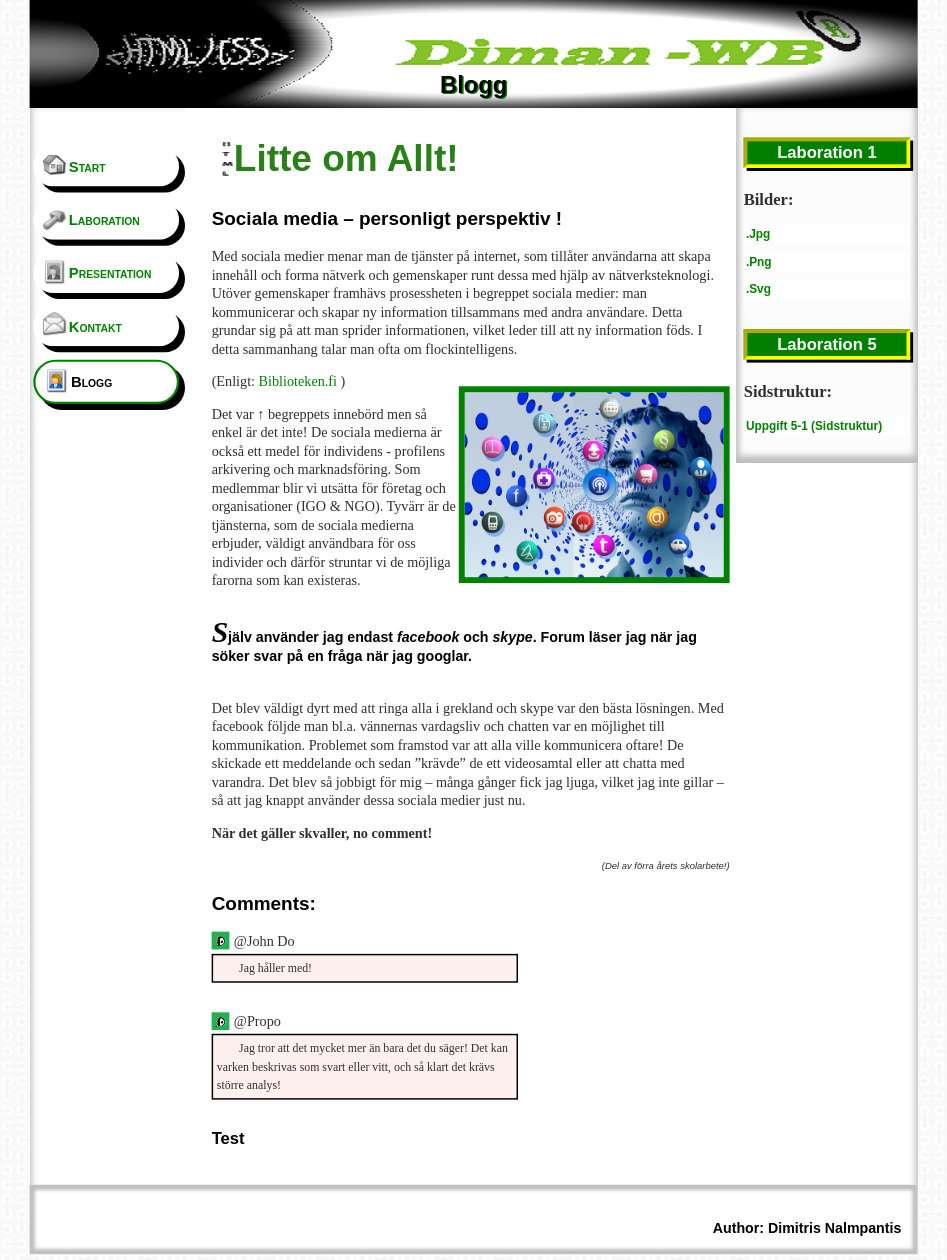
Repository: dn222em/1ik415-laborationer
Page: pages/blogg.html
The author's editor kept a record of every edit. The page is drawn from the files as they stood at one moment, then again after the next edit.
The browser window is 1280 px wide. The pictures show the whole page, at 74% of full size.
Backgrounds fixed to the window are drawn as part of the page.

Above is the page before.

### pages/blogg.html
<!doctype html>
<html lang="sv">
	<head >
			<script>
				document.createElement("header");
				document.createElement("hgroup");
				document.createElement("footer");
				document.createElement("article");
				document.createElement("main");
				document.createElement("section");
				document.createElement("nav");
				document.createElement("aside");
				document.createElement("address");
			</script>
		<meta charset="utf-8" />

			<title>KursBlogg</title>

				<link rel="stylesheet" href="../../CSS/stylenew.css"/>
				<link rel="stylesheet"media="only screen and (min-width:481px)"  href="../../CSS/style.css" />
				<link rel="stylesheet" media="only screen and (max-width:480px)" href="../../CSS/spnew.css" />
				<link rel="apple-touch-icon" sizes="144x144" href="../CSS/pics/apple-touch-icon-144x144.png" />
				<link rel="shortcut icon" href="../CSS/pics/favicon.png" type="image/png" />
					<meta name="viewport" content="width=device-width, initial-scale=1.0" />
	</head>
		<body>
	<div id="container">
		<header>

			<h1 id="title">Blogg</h1>
	</header>
	<nav>

			<ul id="menu_pictures" class="nav">
				<li><a id ="home" href="../index.html" class="active">Start</a></li>
				<li><a id ="labor" href="laborationer.html" class="active">Laboration</a></li>
				<li><a id ="present" href="Presentation.html"class="active">Presentation</a></li>
				<li><a id ="cont" href="Kontakt.html" class="active">Kontakt</a></li>
				<li><a id ="present"href="blogg.html" class="active5">Blogg</a></li>
			</ul>

	</nav>
	<main>
		<article>
			<section>
				<h2 class="minilogo">Litte om Allt!</h2>
		<h3 >Sociala media – personligt perspektiv !</h2>
			<p> Med sociala medier menar man de tjänster på internet, som tillåter användarna
			att skapa innehåll och forma nätverk och gemenskaper runt dessa med hjälp av
			nätverksteknologi. Utöver gemenskaper framhävs prosessheten i begreppet sociala
			medier: man kommunicerar och skapar ny information tillsammans med andra
			användare. Detta grundar sig på att man sprider informationen, vilket leder till
			att ny information föds. I detta sammanhang talar man
			ofta om flockintelligens.</p>

			        <p class="sociall"><!--<img src="CSS/pics/social-networks.jpg"
			        alt="sociala-medier">--></p>


			<p>(Enligt: <a href="http://www.biblioteken.fi/sv-FI/informationssokning/sociala-
			medier/" target="blank">Biblioteken.fi</a></a> )</p>

			<p>Det var ↑ begreppets innebörd men så enkel är det inte! De sociala medierna är
			också ett medel för individens - profilens arkivering och marknadsföring. Som medlemmar
			blir vi utsätta för företag och organisationer (IGO & NGO). Tyvärr är de tjänsterna,
			som de sociala medierna erbjuder, väldigt användbara
			för oss individer och därför struntar vi de möjliga farorna som kan existeras. </p>
			</section>
			<section>
		<h6><strong><code id="special"><em>S</em></code>jälv använder jag endast <em>facebook</em> och  <em>skype</em>.
			Forum läser jag när jag söker svar på en fråga när jag googlar.</strong></h6>

			<p>Det blev väldigt dyrt med att ringa alla i grekland och skype
			var den bästa lösningen. Med facebook följde man bl.a. vännernas vardagsliv
			och chatten var en möjlighet till kommunikation. Problemet som framstod
			var att alla ville kommunicera oftare! De skickade ett meddelande och
			sedan ”krävde” de ett videosamtal eller att chatta med varandra. Det
			blev så jobbigt för mig – många gånger fick jag ljuga, vilket jag inte gillar –
			så att jag knappt använder dessa sociala medier just nu. </p>

			<p><strong>När det gäller skvaller, no comment!</strong></p>

			<p id="ps"><em>(Del av förra årets skolarbete!)</em></p>

			<h3>Comments:</h3>
			<div class ="kommentar">
				<section>
					<p class="namn">@John Do</p>
					<p class="kom">Jag håller med!</p>
				</section>
				<section>
				<p class="namn">@Propo</p>
					<p class="kom">Jag tror att det mycket mer än bara det du säger! Det kan varken beskrivas som svart eller vitt, och så klart det krävs större analys!</p>
				</section>
				</div>
			<!--/section>
			<<div class="kommentar">
				<secton>
		<h4>Kommentar</h4>
			<fieldset>
					<textarea  placeholder="Din Kommentar här"
					name="kommentar" cols="50" rows="8"></textarea>
					</fieldset>
					<input class="zozo" type="submit" name="submit" id="submit" value="Skicka" />
				</section>
				<secton>
						<textarea placeholder="Din Kommentar här"
						name="kommentar" cols="50" rows="8"></textarea>
						<input class="zozo" type="submit" name="submit" id="submit" value="Skicka" />
				</section>
			</div> <!---->
		</article>
		<section>
			<h4>Test</h4>
		</section>
	</main>

	<aside>
		<section id="aside-one">
			<h4>Laboration 1</h4>
				<p>Bilder:</p>
					<ul>
						<li><a href="Presentation.html#bild">.jpg</a></li>
						<li><a href="../index.html#logo">.png</a></li>
						<li><a href="../index.html#svg1">.svg</a></li>
					</ul>
		</section>
		<section id="aside-two">
			<h4>Laboration 5</h4>
				<p>Sidstruktur:</p>
					<ul>
						<li><a href="blogg.html">Uppgift 5-1 (Sidstruktur)</a></li>
					</ul>
		</section>
	</aside>
	<footer>
	<h6>Author: Dimitris Nalmpantis</h6>
	</footer>

	</div>
		</body>
</html>

### CSS/stylenew.css
/*Reset-styleshhet
-----------------------------------------------------------------------------*/
/* http://meyerweb.com/eric/tools/css/reset/
   v2.0 | 20110126
   License: none (public domain)
*/

/*html, body, div, span, applet, object, iframe,
h1, h2, h3, h4, h5, h6, p, blockquote, pre,
a, abbr, acronym, address, big, cite, code,
del, dfn, em, img, ins, kbd, q, s, samp,
small, strike, strong, sub, sup, tt, var,
b, u, i, center,
dl, dt, dd, ol, ul, li,
fieldset, form, label, legend,
table, caption, tbody, tfoot, thead, tr, th, td,
article, aside, canvas, details, embed,
figure, figcaption, footer, header, hgroup,
menu, nav, output, ruby, section, summary,
time, mark, audio, video {
	margin: 0;
	padding: 0;
	border: 0;
	font-size: 100%;
	font: inherit;
	vertical-align: baseline;
}
/* HTML5 display-role reset for older browsers */
/*article, aside, details, figcaption, figure,
footer, header, hgroup, menu, nav, section {
	display: block;
}
body {
	line-height: 1;
}
ol, ul {
	list-style: none;
}
blockquote, q {
	quotes: none;
}
blockquote:before, blockquote:after,
q:before, q:after {
	content: '';
	content: none;
}
table {
	border-collapse: collapse;
	border-spacing: 0;
}
/*End of Reset - stylesheet
--------------------------------------------------------------------*/
/*CSS -Stylesheet
======================================================================================================
-----------------------------------------------------------------------------------------------------------*/


/*Layout
 Using: Two columns floating layout
Total width: 1200px
-----------------------------------------------------------------------------------------------------------*/
/*Container white (#FFFFF)
*Top -  green { #125F1B } --> Title( #2A8018)
*Navigation green
*Content - #FFFFF
*footer-white { #fff }
*Siderbar #fcfcfc (white.gray)

------------------------------------------------------------------*/

article, aside, details, figcaption, figure, footer, header, hgroup, main, menu,
nav, section{display: block;}

#container {
	max-width: 1200px;
	background-color:white;
	margin:0 auto;
	margin-top:-25px;
	box-shadow:3px 0px 8px  0px #bdbdbd inset;
	box-shadow:0px 0px 10px  3px #bdbdbd inset;


}

/*Top
-------------------------------------------------------------------*/
header {

	height: 150px;
	background-color: #125F1B;
	background: url('../pics/logo.png') no-repeat; background-size: 1200px 150px;
	border-radius:00px;

}

title {
	font-family: "arial", "helvetica", "serif";
	color: black;
	font-size:2em;
	text-shadow: 2px 2px green;
	text-align:center;
	padding-top: 90px;
}

/*Navigation -Menu
-------------------------------------------------------------------*/
nav {

	margin-top: 1px;
	width: 210px;
	float: left;
	background-color:#FFF;
	padding:0px;
	padding-top:50px;
	box-shadow:9px 3px 8px -6px #bdbdbd inset;
}
/*Menu attributes
------------------------------------------------------*/
nav ul{
	float:left;
	font-family: "arial", "helvetica", "serif"; font-variant:small-caps;
	font-size: 20px;
	font-weight:bold;
	margin-top:1px;
	margin-left:0px;
	padding:0px;

}

nav li {

	list-style-type:none;
	height: 72px; line-height: 48px;
	padding-top:0px;
	padding-left:5px;
	padding-right:0px;
	width: 197px;
	text-decoration:none;
}
nav li a {

						/*border: solid 3px black;*/
						/*text-align:center;*/
						/*	border: inset yellow thick;*/
	display:block;
	border-radius:58px;
    box-shadow:8px 8px black;
	background-color:white; color:green;
	background-image: url(pics/sprite.png);
	text-indent: 45px;
	background-repeat:no-repeat;
	padding:3px 3px 3px 3px;
}

nav li a:visited{ color:white; background-color:green;}

nav li a:hover{ background-color:white;color:green; border: solid 3px #DEBF40;}

nav li a:focus { background-color:black;	color:green;}

/*adding sprites on menu
----------------------------------------*/
#home { background-position: 13px -55px; background-size: 32px;} /*kom ihåg -första gäller x-led och andra y-led (uppe + och nere -) mellanrum mellan bilderna spelar roll*/
#home:hover { background-position:13px 9px;}

#labor { background-position: 13px -180px; background-size: 32px;}
#labor:hover { background-position: 13px -116px;}

#present { background-position: 13px -310px; background-size: 32px}
#present:hover { background-position: 13px -246px;}

#cont { background-position: 13px -440px; background-size: 32px;}
#cont:hover { background-position: 13px -376px;}


a.active1   {background-color:white !important;
			color:black !important;
			border: solid 3px green;
			border-radius:58px;
		    box-shadow:8px 8px black;
			background-position:13px 9px!important;
}
a.active2   {background-color:white !important;
			color:black !important;
			border: solid 3px green;
			border-radius:58px;
		    box-shadow:8px 8px black;
			background-position: 13px -116px!important;
}
a.active3   {background-color:white !important;
			color:black !important;
			border: solid 3px green;
			border-radius:58px;
		    box-shadow:8px 8px black;
			background-position: 13px -246px!important;
}
a.active4   {background-color:white !important;
			color:black !important;
			border: solid 3px green;
			border-radius:58px;
		    box-shadow:8px 8px black;
			background-position: 13px -376px!important;
}
a.active5   {background-color:white !important;
			color:black !important;
			border: solid 3px green;
			border-radius:58px;
		    box-shadow:8px 8px black;
			background-position: 13px -246px!important;
}

/*a.active1234{
			background-color:white !important;
			color:black !important;
			border: solid 3px green;
			border-radius:58px;
		    box-shadow:8px 8px black;
}

.active1   {background-position:13px 9px!important;}
.active2   {background-position: 13px -116px!important;}
.active1234 .active3   {background-position: 13px -246px!important;}
.active1234 .active4   {background-position: 13px -376px!important;}*/


/*End menu!
===========================================================================*/


/*Content
-------------------------------------------------------------------*/
main {

	background-color: #FFF;
	max-width: 700px;
	margin-bottom: 20px;
	float: left;
	padding:0px;
	padding-left:36px;

}

/*Sidebar
-------------------------------------------------------------------*/
aside {

	background-color: #fcfcfc;
	font-family: "arial", "helvetica", "sans-serif";
	border: 0px solid #c2c2c2;
	/*border-radius:7%;*/
	box-shadow:0px -6px 8px 4px #bdbdbd inset;
	margin-top: 0px;
	width: 225px;
	float: right;
	padding:10px 10px;

}

#aside-one {
	padding-top:0px;
	padding-bottom:0px;
	background-color:#fcfcfc;
}
#aside-two {
	padding-top:20px;
	padding-bottom:20px;
	text-align:center;
	padding-top:0px;
	padding-bottom:0px;
	background-color:#fcfcfc;
}
aside /*h3,*/h4 {
	background-color: green;
	color:white;
	text-align:center;
	padding-top:3px;
	padding-bottom:3px;
	box-shadow:4px 4px black;
	border: inset yellow thick;

}
aside p {
	font-size: 1.4em;
	font-weight:bold;
	text-align:left;
}
aside ul {

	font-family: "arial", "helvetica", "serif";
	text-transform:capitalize;
	margin-top:1px;
	margin-left:0px;
	padding:0px;
	text-align:left;
}
aside li {
	list-style-type:none;
	text-decoration:none;
	font-size: 1em;
	font-weight:bold;
	height: 32px; line-height: 20px;
	padding-top:0px;
	padding-bottom:5px;
	padding-left:0px;
	padding-right:0px;
	width:225px;

}
aside li a{
	display:block;
	background-color:white; color:green;
	padding:3px 3px 3px 3px;
}

aside li a:visited{background-color:white; color:green; }

aside li a:hover{ background-color:white;color:green; border: solid 3px #DEBF40;}

aside li a:focus { background-color:green;	color:white;}

aside li a:active {background-color:black; color:white; border: solid 3px #DEBF40;}



/*Footer
--------------------------------------------------------------------*/
footer {
	clear:both;
	padding:0px;
	padding-bottom:30px;
	padding-right:20px;
	background-color:#fff;
	color:white;
	text-align:right;
	height:60px;
	border: 2px solid #c2c2c2;
	/*border-radius:7%;*/
	box-shadow:0px 0px 5px 5px #bdbdbd inset;
}

/*End of layout
=====================================================================================*/


/*Typografi
---------------------------------------------------------------------------------------------------------*/
/*Links
-------------------------------*/
a:link {color:green; text-decoration:none;}
a:visited {color:#CB29D5;} /*lila*/
a:hover{color:red;}
a:focus {color:blue;}
a:active{color:#29D17;} /*light-green*/

/*Headers
------------------------------*/
													/*body {font-family :"times", "georgia", "serif", "Lucida Sans Unicode", "Lucida Grande";
														line-height: 25px; color: #312F2F; font-size: 1.1em; width:674px;} ---->onödigt.Problem*/

h1, h2, h3, h4, h5, h6 {font-family: "arial", "tahoma", "helvetica", "san serif", "verdana";
font-weight:bold; color: #2A8018; line-height: 1.8em;  font-size: 1.8em;} /*tema-green*/

h2 {line-height: 28px;  font-size: 28px;}
h3 {line-height: 26px;  color:  black; font-size: 1.6em;}
h4 {line-height: 25px;  color:  black; font-size: 1.4em;}
h5 {line-height: 25px;  color:  black; font-size: 1.3em; text-transform:uppercase;}
h6 {line-height: 25px;  color:  black; font-size: 1.2em; font-weight:none;}

/*Body
-----------------------------*/
p {font-family : "Times New Roman", "times", "georgia", "serif", "Lucida Sans Unicode", "Lucida Grande";
			line-height: 25px; color: #312F2F; font-size: 1.2em; 	} /*grey-black*/

#content ol, ul{font-family: "arial", "tahoma", "helvetica", "san serif", "verdana";
			line-height: 25px; color: #4829D1; font-size: 1em;}

#content li, dl, dt, dd  {font-family :"times", "georgia", "serif", "Lucida Sans Unicode", "Lucida Grande";
			line-height: 25px; color: #312F2F; font-size: 1em; font-weight:bold;}



/*Media
------------------------------*/
img { max-width:700px;}

video {max-width:700px;}


/*Form -  Contakt.
--------------------------------*/
.contakt_form {max-width:705px;
		padding-top:40px;
		line-height:2em;
		font-size: 1.3em;

}

.contakt_form label { text-align:right;}

.contakt_form input {background-color: #FFF0F0; font-size: 0.7em; margin-bottom:20px;}

.contakt_form option {width:80px; }

.contakt_form textarea {background-color: #FFF0F0; font-size: 0.9em; float:right; resize:vertical; }

.zozo {background-color: rgb(240, 240, 240);
	height: 40px; line-height: 40px;
	text-align:center;
	margin-top:10px;
	border-radius:10%;
	font-size:0.8em;
	box-shadow:8px 8px black;

}

/*Comment
=======================================================================*/
.kommentar textarea{
	background-color:#FFF0F0;
	margin-bottom:80px;
	box-shadow:0px 0px 8px 4px #bdbdbd inset;/*	box-shadow:3px 3px 6px 3px;*/

}
.kommentar .zozo {
	height: 30px; line-height: 20px;
	text-align:center;
	float:left;
	box-shadow:none;

}
.kommentar p {
	background-image:url("../CSS/pics/favicon.png"); /*minilogo på första titeln*/
	background-repeat: no-repeat;/* repeat, repeat-x, repeat-y */
	background-position: top left; /* right, bottom, center ... */
	background-size: 24px 24px;
	text-indent: 30px;
	font-size:1.2em;
}
.kommentar .kom {
	border:2px solid black;
	margin-top:-15px;
	padding:5px;
	font-size:1em;
	background-color:#FFF0F0;
	width:400px;
	background-image:none;
}
.kommentar section {
	margin-bottom:40px;
}
/*======================================================================*/
/*Speciall typografi- classes
-----------------------------*/
#special {font-family:"sans-serif"; font-size: 40px; font-weight:bold;}

#ps {text-align:right; font-family:"arial", "tahoma", "helvetica", "san serif", "verdana";
			font-size: 0.8em; }


/*Speciall media - classes
-----------------------------*/
.sociall {width: 350px; height: 250px;
		  background-image: url("pics/social-networks.jpg");
		  background-repeat:no-repeat;
		  background-size: 350px; float: right;
		  border:solid 8px green;
}

#bild  {width: auto; height: auto;
		float: right;
		border:solid 8px green;
		margin-right:20px;
		max-width:100%;
		max-height:auto;
}

.minilogo { background-image:url("pics/minilogob.jpg"); /*minilogo på första titeln*/
			background-repeat: no-repeat;/* repeat, repeat-x, repeat-y */
			background-position: top left; /* right, bottom, center ... */
			background-size: 40px 50px;
			text-indent: 30px;
			font-size: 50px;
			line-height:53px;
}

.ram {border-style:double; background-color: rgb(194, 187, 187);
			margin:20px; border-width:8px; padding:20px; }

	.ram h3 {border-bottom:  3px solid black; padding:5px;}

		.right{width: 250px; height: 250px;
			 	float: right;
					border:solid 2px olive;}



/*Speciall tabeller- classes
------------------------------*/

.tables {border:3px solid green; font-size:1.3em; line-height:50px; text-align:center;}

.tables, td {border:solid 2px black ; width: 600px; height:auto;}


.single{border:3px solid green;background-color: /*rgb(150, 224, 150)*/ green;color:white;}

.doubbel{ border:solid 3px green; background-color:/*rgb(240, 240, 240)*/ white;
	color: green;}




/* Print properties. sv- Skrivare
------------------------------------------------------------------------------------------------------*/

@media print{

    /*Layout
    ------------------------*/

#top {display:none;}

#navigation {display:none;}

#sidebar {display:none;}

#footer {display:none;}

#content {border:0; border-style:none; background-color:white;}

#content a:after {
    content: "("attr(href)")";} /*visar hela länken vid utskrift*/

.me {font-family: "arial", "tahoma", "helvetica", "san serif", "verdana";
        font-weight:bold; color: #2A8018; line-height: 1.5em;  font-size: 1.3em;
            float:right;}


/*End Layout
-----------------------------------------------*/


    /*Media
    -----------------------*/
video {display:none;}
img {border:0;}

/*End Media
----------------------------------------------*/



    /*Typografi
    -----------------------*/

h1, h2, h3, h4, h5, h6 {font-family: "arial", "tahoma", "helvetica", "san serif", "verdana";
        font-weight:bold; color: #2A8018; line-height: 1.5em;  font-size: 1.3em;}

p {font-family : "Times New Roman", "times", "georgia", "serif", "Lucida Sans Unicode", "Lucida Grande";
			line-height: 1.5em; color: #312F2F; font-size: 1.1em;} /*grey-black*/

#content ol, ul{font-family: "arial", "tahoma", "helvetica", "san serif", "verdana";
			line-height: 25px; color: #4829D1; font-size: 1em;}

#content li, dl, dt  {font-family :"times", "georgia", "serif", "Lucida Sans Unicode", "Lucida Grande";
			line-height: 1.5em; color: #312F2F; font-size: 1em;}

/*End Typografi
--------------------------------------------*/



	/*Speciall media - classes
    --------------------------*/
.sociall {border:none;}

#bild  {border:none;}

.ram {border-style:none; background-color: none;  }

.ram h3 {border:none;}

.right{ border:none;}


/*End speciall
---------------------------------------------*/


}    /*End Print
====================================================================================================*/




body {
	background: url(pics/connect.png) center center fixed;
	/*float:top left;
	-webkit-background-size: cover;
	-moz-background-size: contain;
	-o-background-size: cover;
	background-size: 100% 100%;
	filter: progid:DXImageTransform.Microsoft.AlphaImageLoader(src='.myBackground.jpg', sizingMethod='scale');
	-ms-filter: "progid:DXImageTransform.Microsoft.AlphaImageLoader(src='myBackground.jpg', sizingMethod='scale')";*/

	/*-moz-background-transform: scale(2);*/

}

Loaded but not shown: CSS/style.css (530 lines, source omitted); CSS/spnew.css (no copy from this time; the picture is the same without it)

After the next edit:
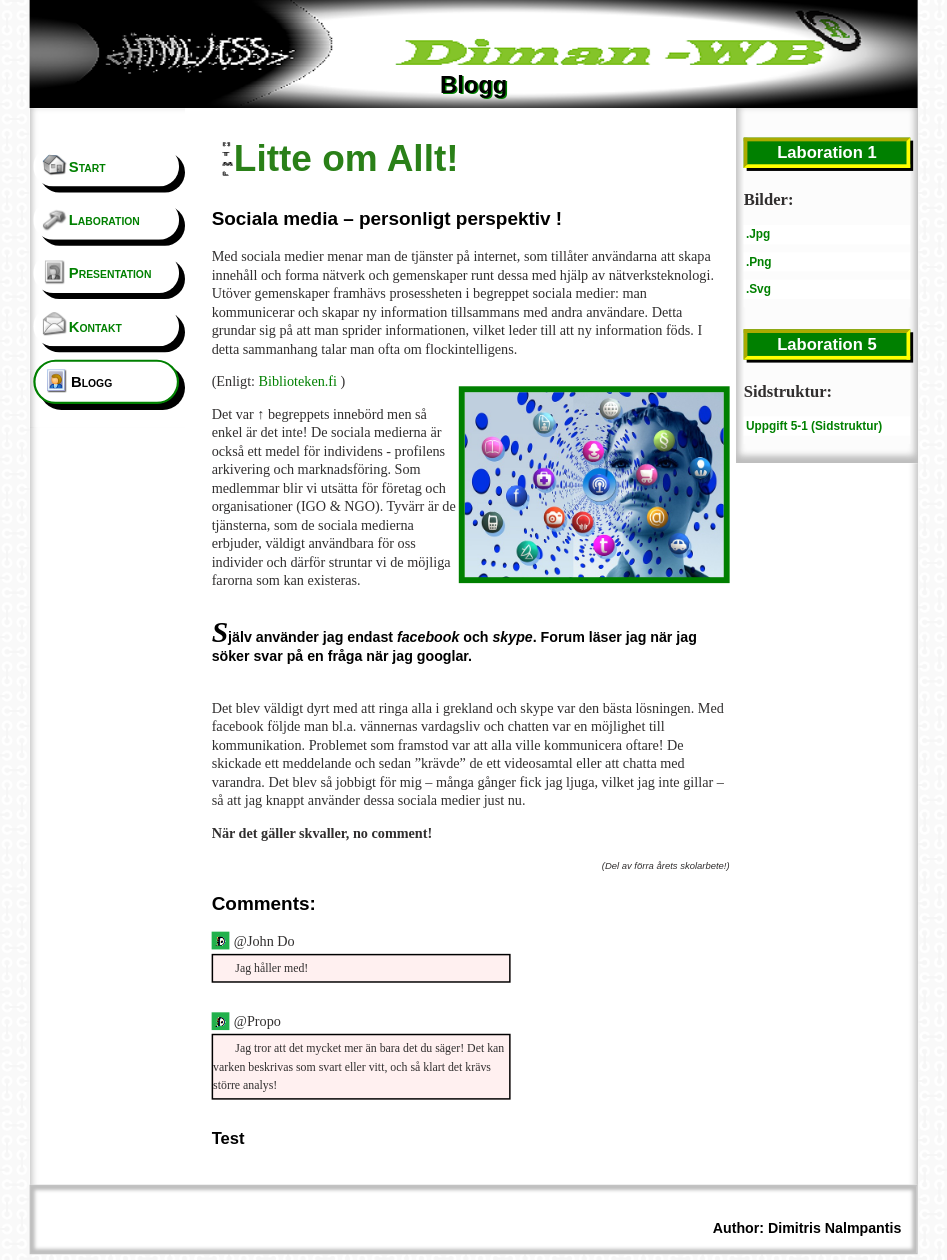
The edit:
--- a/CSS/stylenew.css
+++ b/CSS/stylenew.css
@@ -439,7 +439,8 @@
 .kommentar .kom {
 	border:2px solid black;
 	margin-top:-15px;
-	padding:5px;
+	padding-bottom:5px;
+	padding-top:5px;
 	font-size:1em;
 	background-color:#FFF0F0;
 	width:400px;
